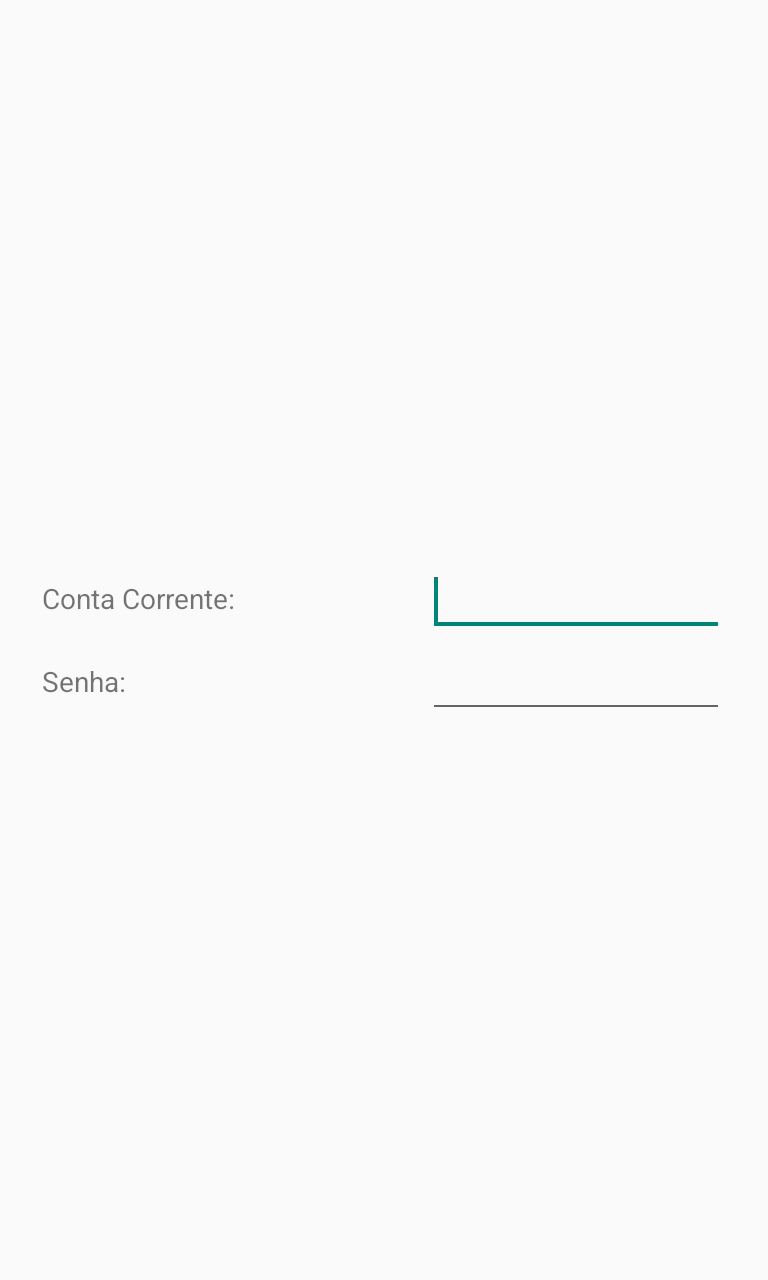
Repository: Desafio/Gerenciador-de-Conta-Corrente
Layout: GerenciadorDeConta/res/layout/fragment_login.xml
These files come from the project's save history. The layout is drawn as it stood at one moment and after the next save; the edit follows.
It is drawn on a 768 x 1280 px phone screen (xhdpi) without system bars, with theme AppTheme; the app's code is not run.

Above is the layout before, as saved 2014-04-05 04:05:46.

### GerenciadorDeConta/res/layout/fragment_login.xml
<RelativeLayout xmlns:android="http://schemas.android.com/apk/res/android"
    xmlns:tools="http://schemas.android.com/tools"
    android:layout_width="match_parent"
    android:layout_height="match_parent"
    android:paddingBottom="@dimen/activity_vertical_margin"
    android:paddingLeft="@dimen/activity_horizontal_margin"
    android:paddingRight="@dimen/activity_horizontal_margin"
    android:paddingTop="@dimen/activity_vertical_margin"
    tools:context="com.example.gerenciadordeconta.fragments.LoginActivity$PlaceholderFragment" >

    <LinearLayout
        android:layout_width="wrap_content"
        android:layout_height="wrap_content"
        android:layout_centerInParent="true"
        android:orientation="vertical"
        android:paddingLeft="5dp"
        android:paddingRight="5dp" >

        <RelativeLayout
            android:layout_width="wrap_content"
            android:layout_height="match_parent"
            android:orientation="horizontal" >

            <TextView
                android:layout_width="wrap_content"
                android:layout_height="wrap_content"
                android:layout_centerVertical="true"
                android:text="@string/login_conta_corrente" />

            <EditText
                android:id="@+id/contaCorrente"
                android:layout_width="150dp"
                android:layout_height="wrap_content"
                android:layout_alignParentRight="true"
                android:inputType="text" >

                <requestFocus />
            </EditText>
        </RelativeLayout>

        <RelativeLayout
            android:layout_width="wrap_content"
            android:layout_height="match_parent" >

            <TextView
                android:layout_width="wrap_content"
                android:layout_height="wrap_content"
                android:layout_centerVertical="true"
                android:text="@string/login_senha" />

            <EditText
                android:id="@+id/senha"
                android:layout_width="150dp"
                android:layout_height="wrap_content"
                android:layout_alignParentRight="true"
                android:inputType="text" />
        </RelativeLayout>
    </LinearLayout>

</RelativeLayout>

### GerenciadorDeConta/res/values/strings.xml
<?xml version="1.0" encoding="utf-8"?>
<resources>

    <string name="app_name">GerenciadorDeConta</string>
    <string name="title_section1">Section 1</string>
    <string name="title_section2">Section 2</string>
    <string name="title_section3">Section 3</string>
    <string name="navigation_drawer_open">Open navigation drawer</string>
    <string name="navigation_drawer_close">Close navigation drawer</string>
    <string name="action_example">Example action</string>
    <string name="action_settings">Settings</string>
    <string name="title_activity_login">Login</string>
    <string name="hello_world">Hello world!</string>
    <string name="login_conta_corrente">Conta Corrente:</string>
    <string name="login_senha">Senha:</string>

</resources>

Loaded but not shown: GerenciadorDeConta/res/values/styles.xml (common file); GerenciadorDeConta/res/values-v11/styles.xml (common file); GerenciadorDeConta/res/values-v14/styles.xml (common file); GerenciadorDeConta/res/values/dimens.xml (common file); GerenciadorDeConta/res/values-w820dp/dimens.xml (common file)

After the next save:
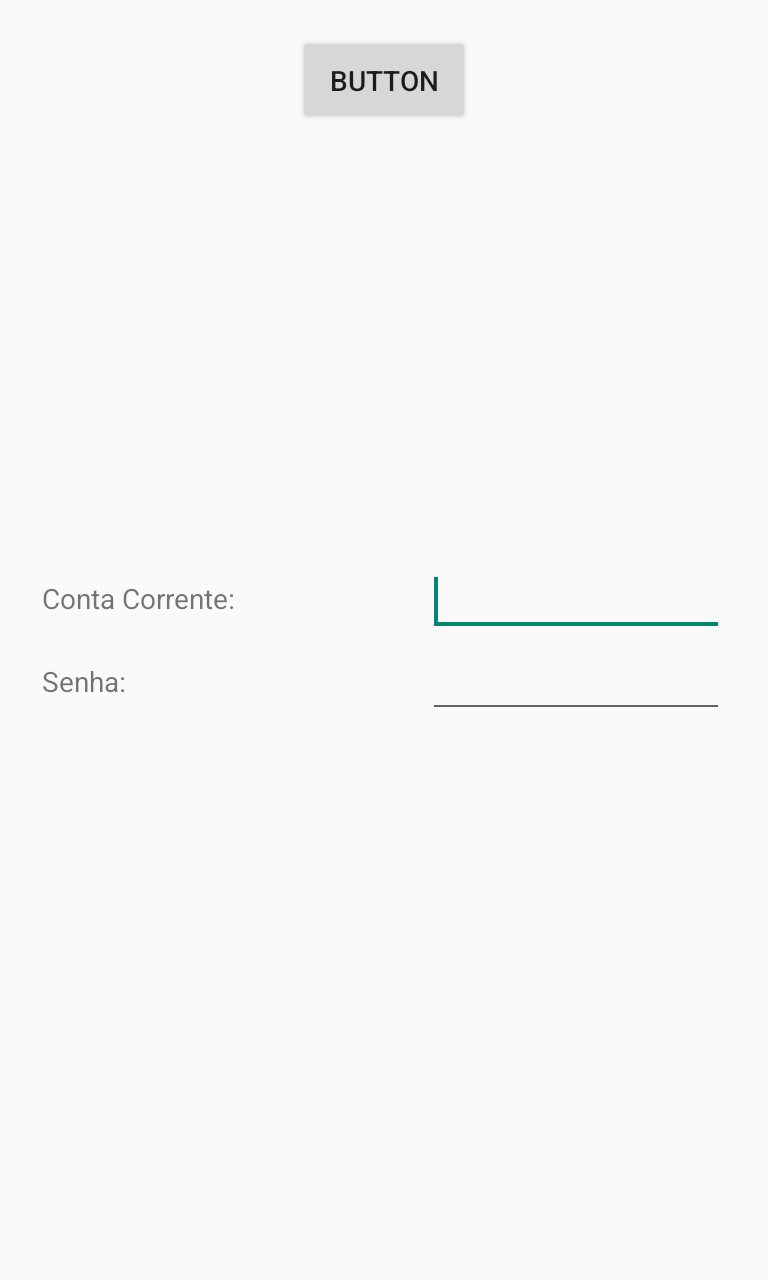
Saved 79 s later.
--- a/GerenciadorDeConta/res/layout/fragment_login.xml
+++ b/GerenciadorDeConta/res/layout/fragment_login.xml
@@ -9,6 +9,7 @@
     tools:context="com.example.gerenciadordeconta.fragments.LoginActivity$PlaceholderFragment" >
 
     <LinearLayout
+        android:id="@+id/linearLayout1"
         android:layout_width="wrap_content"
         android:layout_height="wrap_content"
         android:layout_centerInParent="true"
@@ -55,6 +56,15 @@
                 android:layout_alignParentRight="true"
                 android:inputType="text" />
         </RelativeLayout>
+
+
     </LinearLayout>
 
+     <Button
+        android:id="@+id/button1"
+        android:layout_width="wrap_content"
+        android:layout_height="wrap_content"
+        android:text="Button"
+        android:layout_centerHorizontal="true" />
+
 </RelativeLayout>
